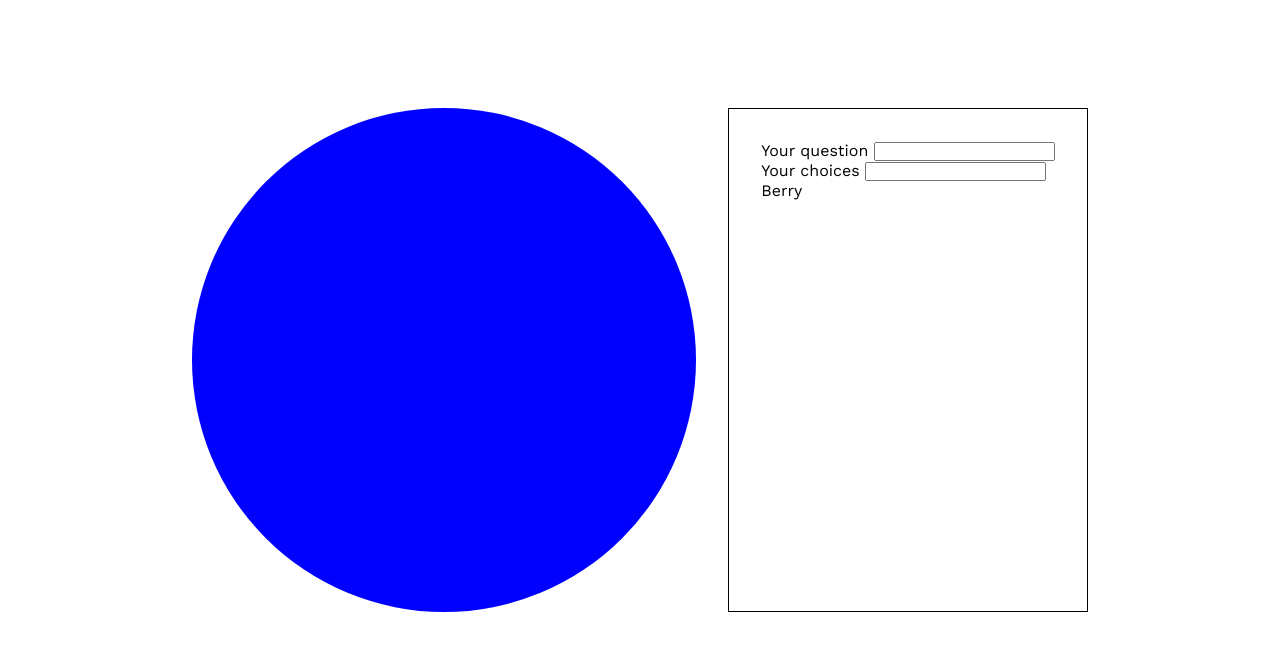
Repository: emiliaiwu/choice_wheel_spinner
Page: index.html
These files come from the project's save history. The page is drawn as it stood at one moment and after a run of saves; the edit follows.
The browser window is 1280 px wide. The pictures show the whole page.

Above is the page before, as saved 2023-01-09 23:26:30.

After the next 3 saves:
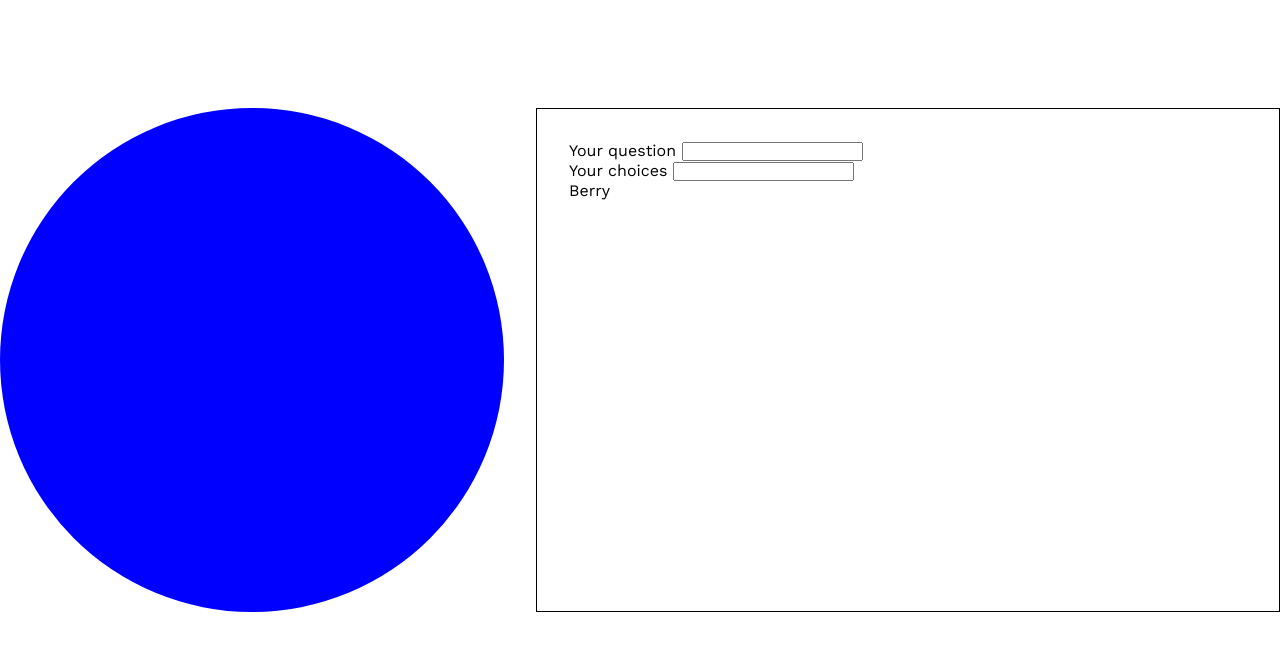
The 3 saves are shown as one change because they came seconds apart.
The last was saved 16 s later.
--- a/style.css
+++ b/style.css
@@ -17,7 +17,7 @@
 }
 
 .container {
-    width: inherit;
+    width: 100%;
     height: inherit;
 }
 
